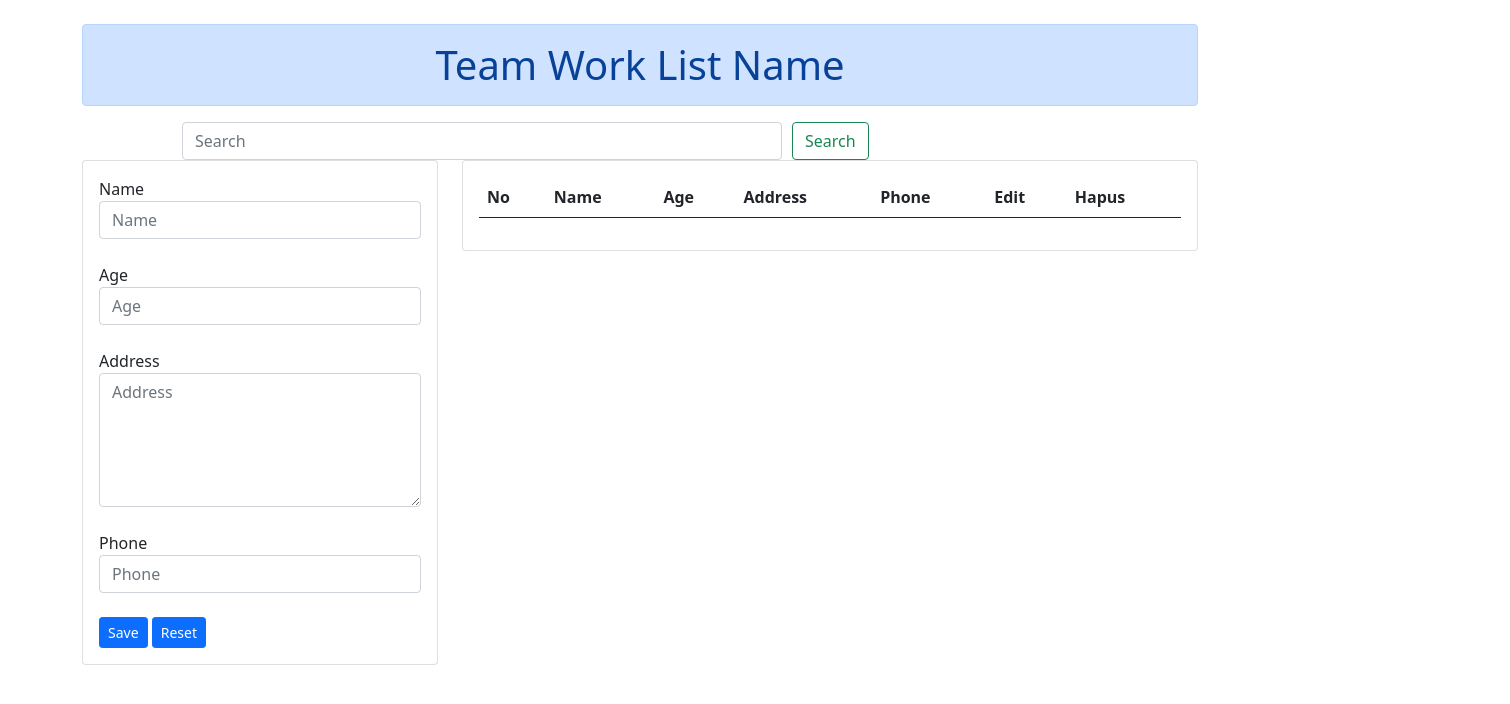
Repository: MENGSRUN/crud-html
Page: index.html
An editor plug-in stored every save of this project. The page is shown before and after a run of saves, followed by the edit.
The browser window is 1280 px wide. The page is 1310 px wide, then 1510 px, so the pictures cover 1510 px, including what lies to the right of the window. The pictures show the whole page.

Above is the page before, as saved 2023-05-11 16:32:36.

After the next 2 saves:
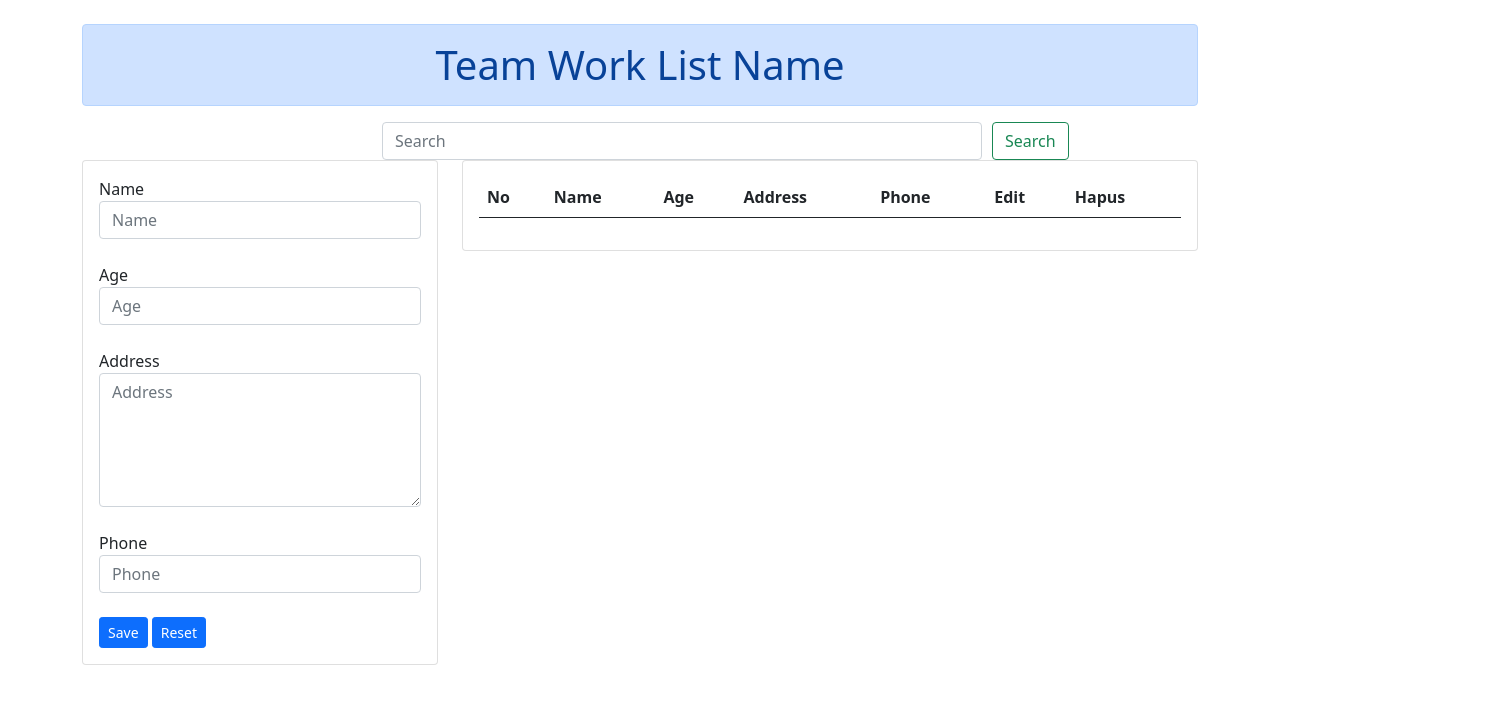
The 2 saves are shown as one change because they came seconds apart.
The last was saved 15 s later.
--- a/style.css
+++ b/style.css
@@ -3,5 +3,5 @@
     float: left;margin-right: 10px;
 }
 .sn1{
-    margin-left: 100px;
+    margin-left: 300px;
 }
